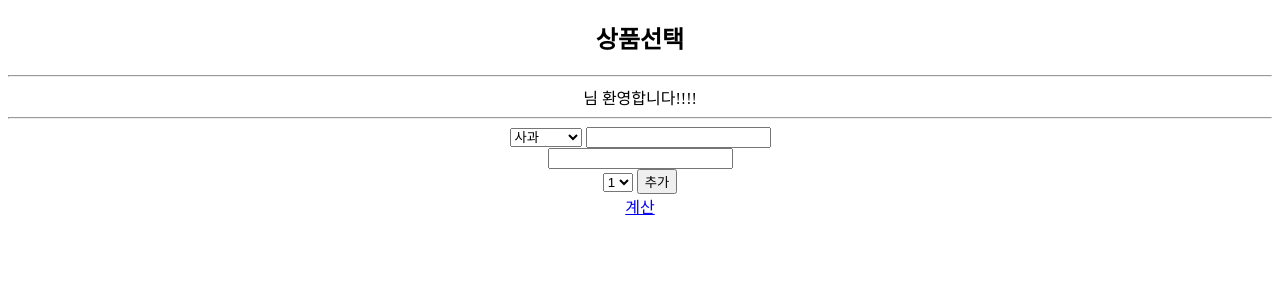
Repository: RyuJelly/211
Page: http://localhost/JSP/mission01/selProduct.jsp
The author's editor kept a copy of each file at every save. The page is drawn from the files as they stood at one save, then again after the next save.
The browser window is 1280 px wide. The pictures show the whole page.
The page is served by Tomcat 9. Other server files are loaded and not shown.

Above is the page before, as saved 2021-03-29 05:04:30.

### jsp_work/JSP/WebContent/mission01/selProduct.jsp
<%@ page language="java" contentType="text/html; charset=UTF-8" pageEncoding="UTF-8" import="java.util.*"%>
<%
	request.setCharacterEncoding("utf-8");
	String username = request.getParameter("username");
	session.setAttribute("username", username);
%>

<!DOCTYPE html PUBLIC "-//W3C//DTD HTML 4.01 Transitional//EN" "http://www.w3.org/TR/html4/loose.dtd">
<HTML>
<HEAD>
<title>ch06 : selProduct.jsp</title>
</head>

<body>
<div align="center">
	<H2>상품선택</H2>
	<HR>
	${username } 님 환영합니다!!!!
	<HR>
	<form name="form1" method="POST" action="add.jsp">
		<SELECT name="fruit">
			<option>사과</option>
			<option>귤</option>
			<option>파인애플</option>
			<option>자몽</option>
			<option>레몬</option>
		</SELECT>
		<input type="text" name="price"><br>
		<input type="text" name="amount"><br>
		<SELECT name="amount">
			<option>1</option>
			<option>2</option>
			<option>3</option>
			<option>4</option>
			<option>5</option>
		</SELECT>
		<input type="submit" value="추가"/>
	</form>
	<a href="checkOut.jsp">계산</a>
</div>
</body>
</html>

After the next save:
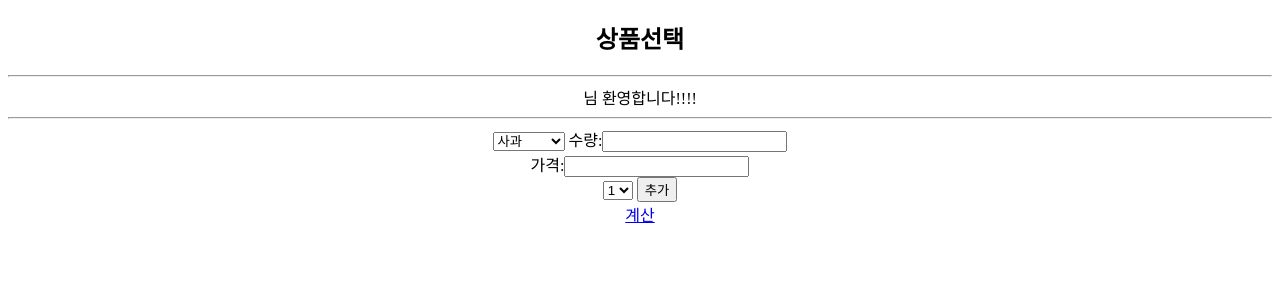
Saved 9 s later.
--- a/jsp_work/JSP/WebContent/mission01/selProduct.jsp
+++ b/jsp_work/JSP/WebContent/mission01/selProduct.jsp
@@ -25,8 +25,8 @@
 			<option>자몽</option>
 			<option>레몬</option>
 		</SELECT>
-		<input type="text" name="price"><br>
-		<input type="text" name="amount"><br>
+		수량:<input type="text" name="price"><br>
+		가격:<input type="text" name="amount"><br>
 		<SELECT name="amount">
 			<option>1</option>
 			<option>2</option>
